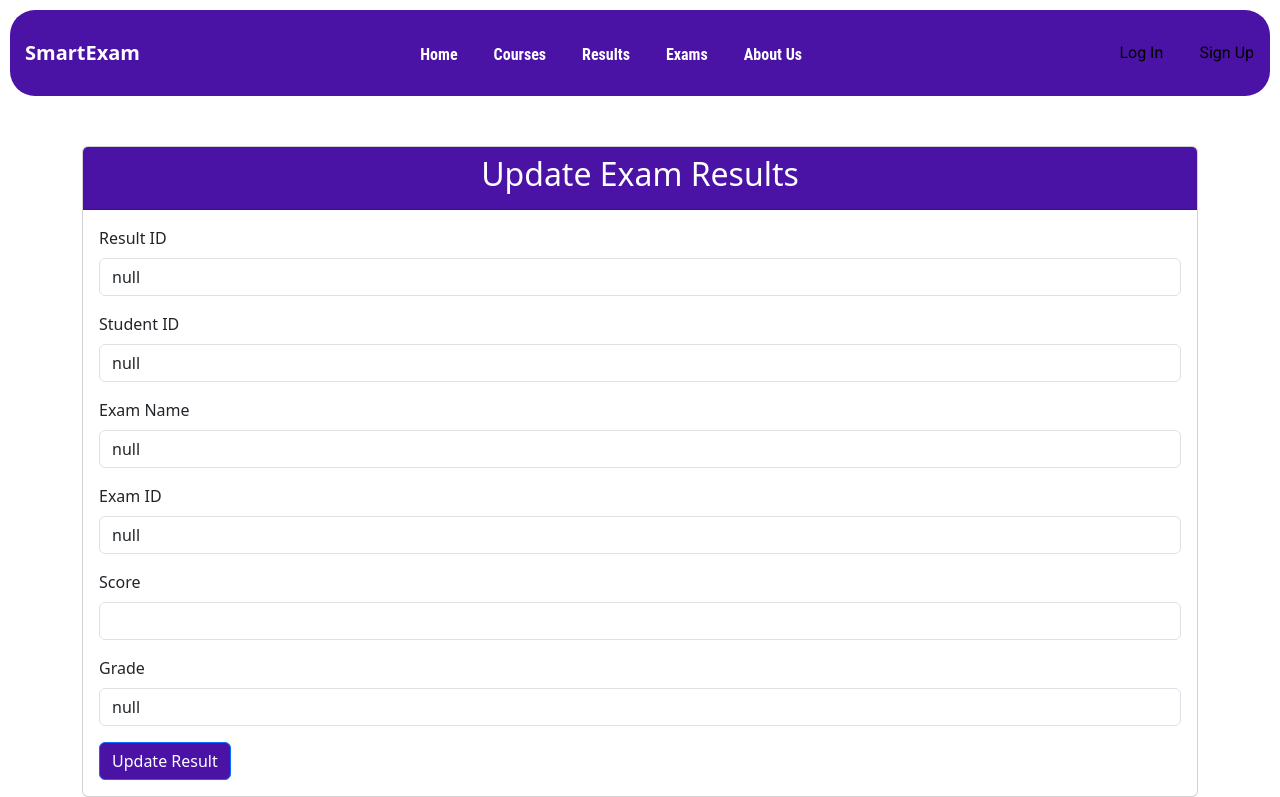
Repository: DissanayakeDA/Registration-web-app
Page: http://localhost/Online-Exam-Management-Web-App/Update.jsp
These files come from the project's save history. The page is drawn as it stood at one moment and after the next save; the edit follows.
The browser window is 1280 px wide. The pictures show the whole page.
The page is served by Tomcat 9.

Above is the page before, as saved 2024-10-16 11:45:05.

After the next save:
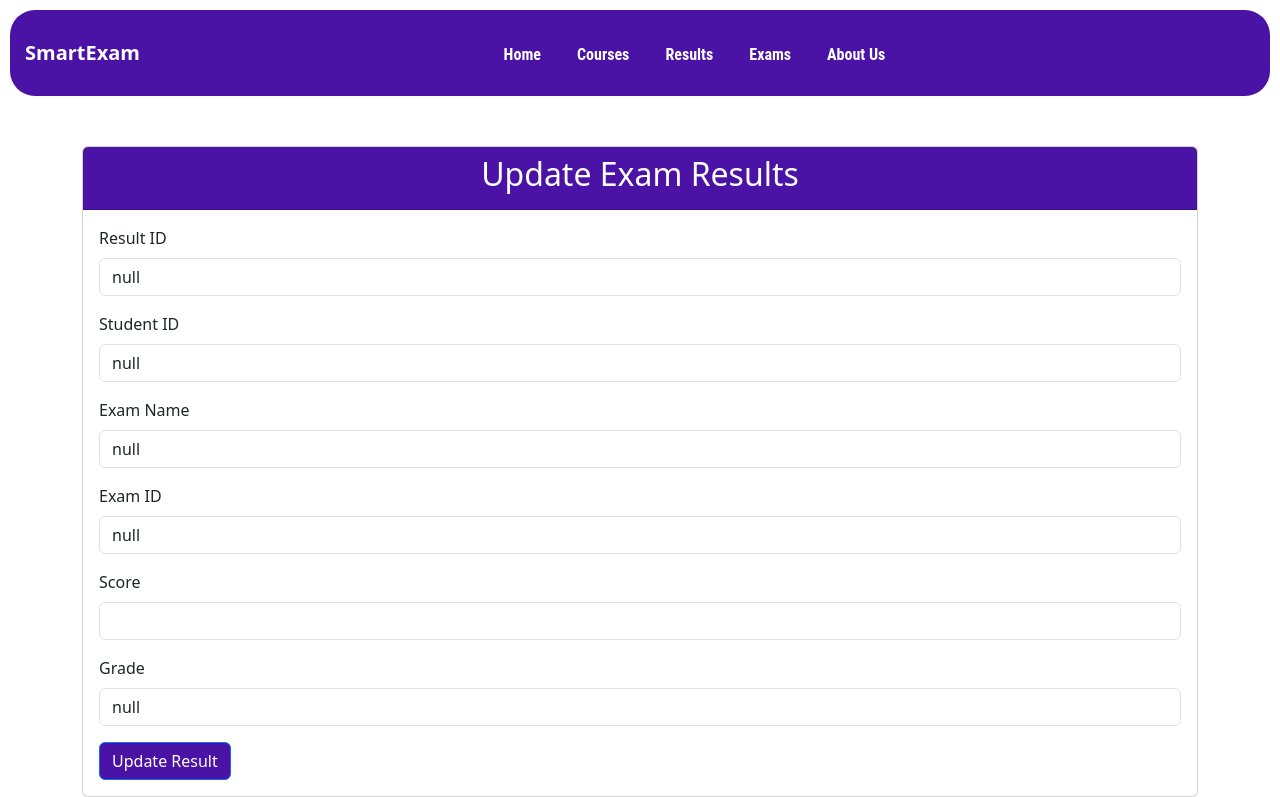
Saved 9 s later.
--- a/Online-Exam-Management-Web-App/src/main/webapp/Update.jsp
+++ b/Online-Exam-Management-Web-App/src/main/webapp/Update.jsp
@@ -45,10 +45,7 @@
               <a class="nav-link" href="aboutus2.jsp">About Us</a>
             </li>
           </ul>
-          <div>
-            <button class="btn btn-outline-primary mx-1">Log In</button>
-            <button class="btn btn-outline-primary mx-1">Sign Up</button>
-          </div>
+
         </div>
      </nav>
 
